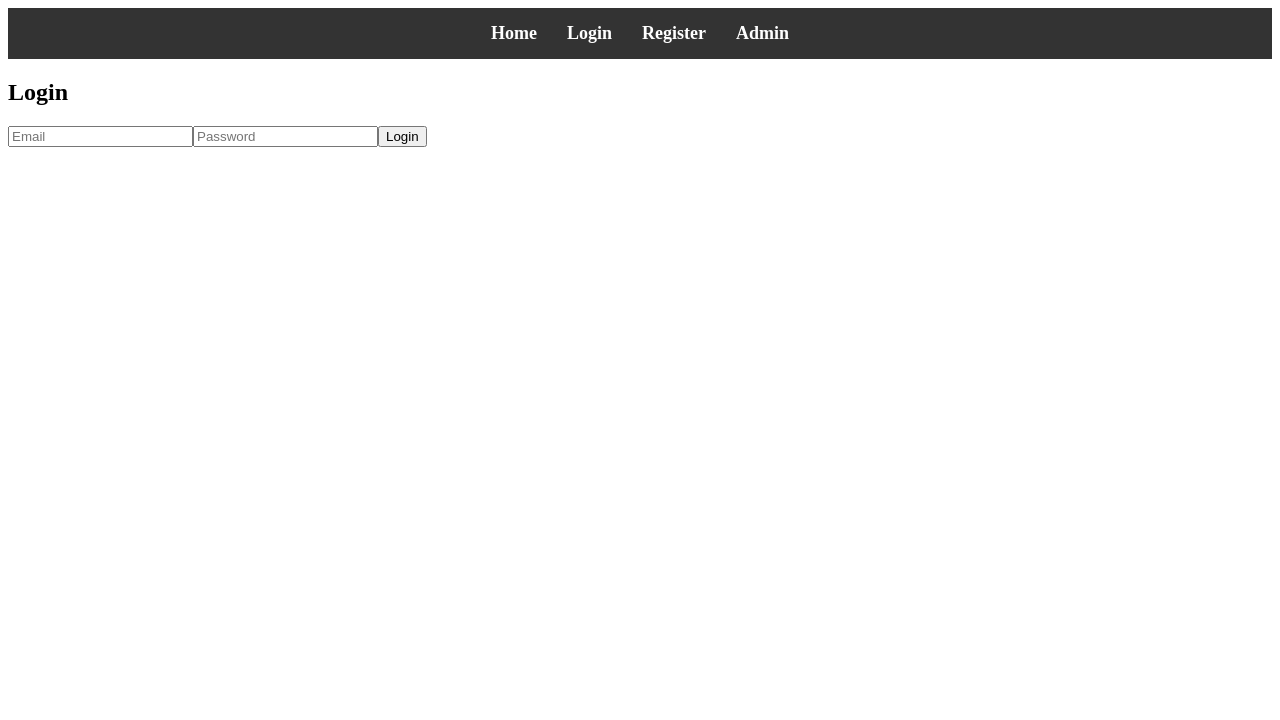
Repository: AhmedIbu/angular-login-app
Page: /login (app in angular-login-app/)
An editor plug-in stored every save of this project. The page is shown before and after the next save, followed by the edit.
The browser window is 1280 px wide. The pictures show the whole page.
The project was rebuilt for these pictures with package versions that can differ from the ones it lists, and the page was loaded fresh each time. Also part of the build but not shown: angular-login-app/angular.json, angular-login-app/src/app/home/home.component.ts, angular-login-app/src/app/register/register.component.ts, angular-login-app/src/app/services/user.service.ts, angular-login-app/src/app/admin-dashboard/admin-dashboard.component.ts, angular-login-app/src/app/admin-login/admin-login.component.ts, angular-login-app/src/app/user-dashboard/user-dashboard.component.ts.

Above is the page before, as saved 2025-02-21 11:12:40.

After the next save:
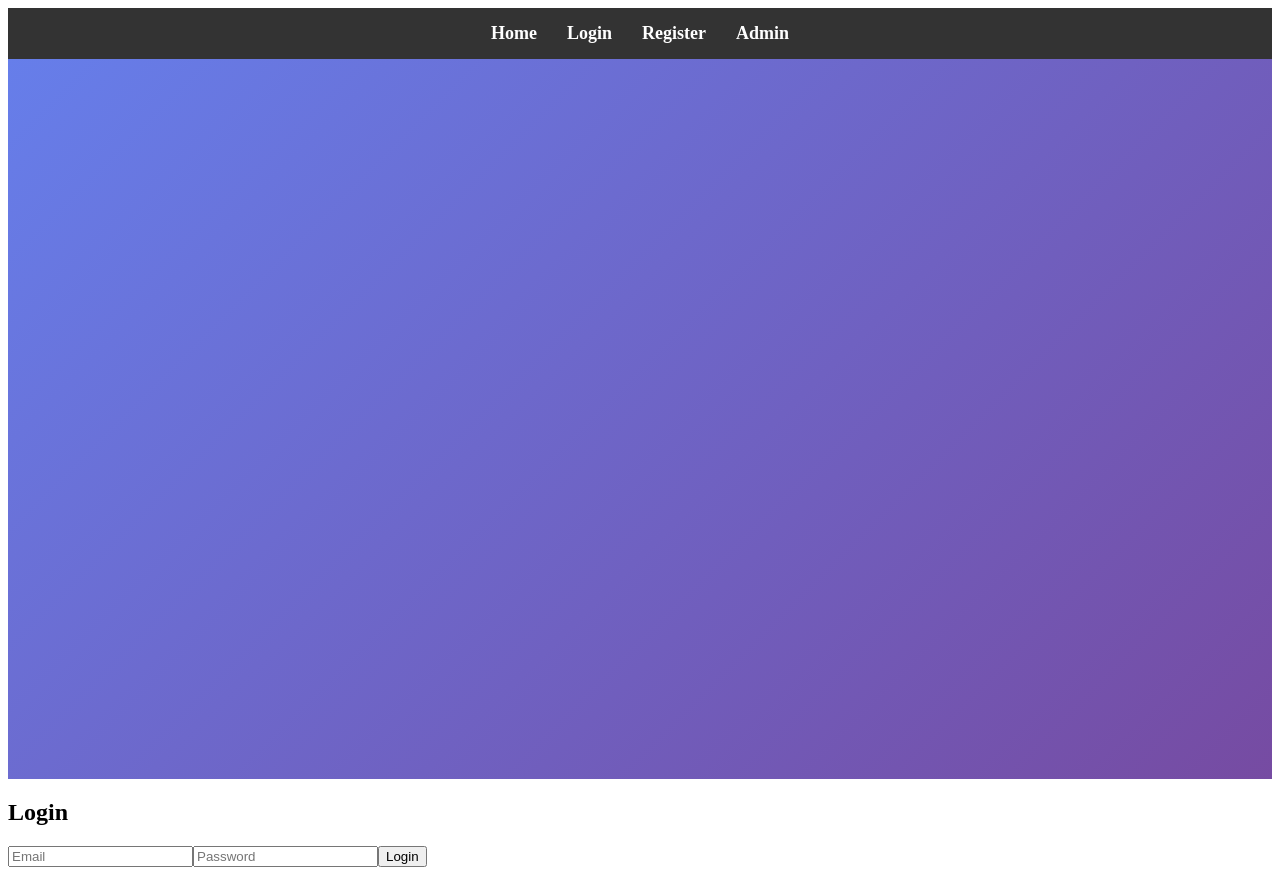
Saved 4 s later.
--- a/angular-login-app/src/app/login/login.component.html
+++ b/angular-login-app/src/app/login/login.component.html
@@ -1,4 +1,4 @@
-<div class="">
+<div class="login-container">
 
 </div>
 <h2>Login</h2>
